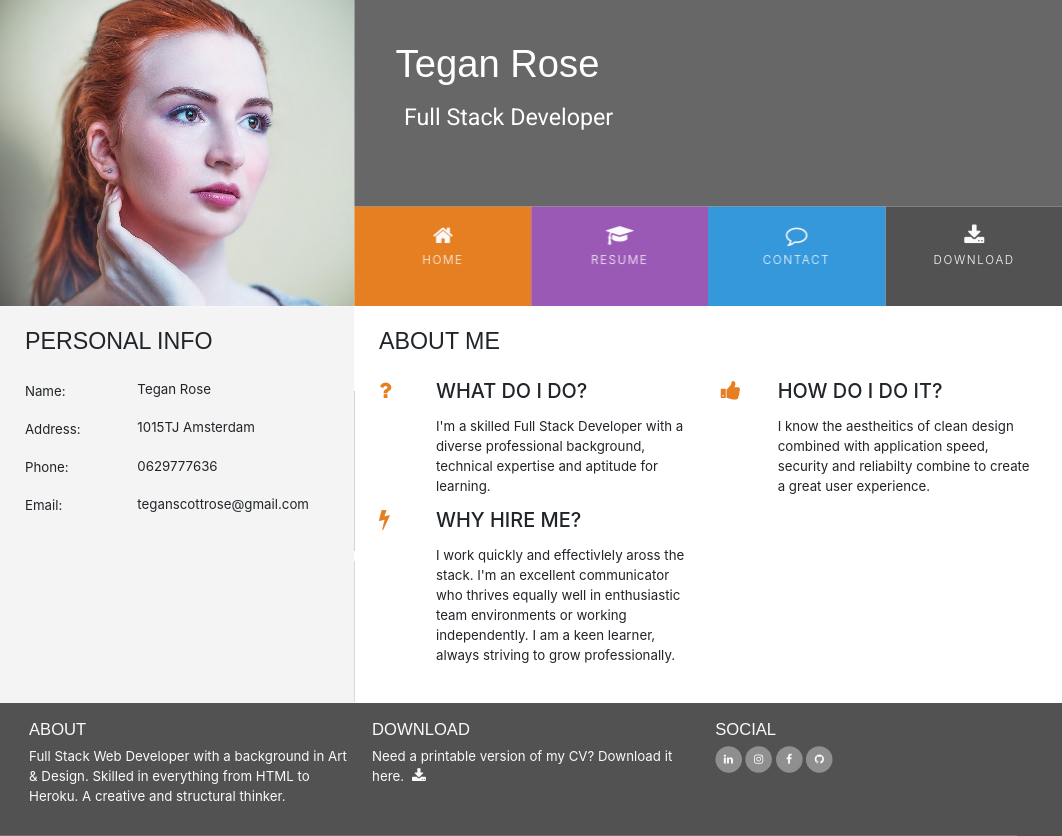
Repository: TSRose/Resume
Page: index.html
The author's editor kept a record of every edit. The page is drawn from the files as they stood at one moment, then again after the next edit.
The browser window is 1280 px wide. The pictures show the whole page, at 83% of full size.

Above is the page before.

### index.html
<!DOCTYPE html>
<html lang="en">

<head>
    <meta charset="UTF-8">
    <meta name="viewport" content="width=device-width, initial-scale=1.0">
    <meta http-equiv="X-UA-Compatible" content="ie=edge">
    <link rel="stylesheet" href="https://stackpath.bootstrapcdn.com/bootstrap/4.3.1/css/bootstrap.min.css" type="text/css" />
    <link rel="stylesheet" href="https://stackpath.bootstrapcdn.com/font-awesome/4.7.0/css/font-awesome.min.css" type="text/css" />
    <link rel="stylesheet" href="assets/css/style.css" type="text/css" />
    <link rel="stylesheet" href="https://cdnjs.cloudflare.com/ajax/libs/hover.css/2.3.1/css/hover-min.css" type="text/css" />
    <title>Tegan Rose</title>
</head>

<body>
    <header>
        <div class="row no-gutters">
            <a href="index.html" class="col-md-4 logo">

            </a>
            <div class="col-md-8">
                <div class="row no-gutters bg-color-name-title">
                    <div class="col">
                        <h1 class="name">Tegan Rose</h1>
                        <h2 class="title"> Full Stack Developer</h2>
                    </div>
                </div>
                <div class="row no-gutters">
                    <div class="col">
                        <ul id="nav" class="list-inline menucontainer">
                            <li class="col-6 col-sm-3 ui-menu-color-home list-inline-item menuitem">
                                <a href="index.html" class="hvr-sweep-to-bottom"><i class="fa fa-home" aria-hidden="true"></i><span>Home</span></a>
                            </li>
                            <li class="col-6 col-sm-3 ui-menu-color-resume list-inline-item menuitem">
                                <a href="resume.html" class="hvr-sweep-to-bottom"><i class="fa fa-graduation-cap" aria-hidden="true"></i><span>Resume</span></a>
                            </li>
                            <li class="col-6 col-sm-3 ui-menu-color-contact list-inline-item menuitem">
                                <a href="contact.html" class="hvr-sweep-to-bottom"><i class="fa fa-comment-o" aria-hidden="true"></i><span>Contact</span></a>
                            </li>
                            <li class="col-6 col-sm-3 ui-menu-color-download list-inline-item menuitem">
                                <a href="assets/cv/trose_resume.pdf" target="_blank" class="hvr-sweep-to-bottom"><i class="fa fa-download" aria-hidden="true"></i><span>Download</span></a>
                            </li>
                        </ul>
                    </div>
                </div>
            </div>
        </div>
    </header>
    <section class="container-fluid">
        <div class="row">
            <div class="col-md-4 bg-color-personal-info section-column">
                <div class="row">
                    <div class="col-12">
                        <h3 class="section-heading uppercase">
                            Personal Info
                        </h3>
                    </div>
                </div>
                <div class="personal-info-item">
                    <div class="key">
                        <p="uppercase">
                            Name:
                            </p>
                    </div>
                    <div class="value">
                        <p>
                            Tegan Rose
                        </p>
                    </div>
                </div>
                <div class="personal-info-item">
                    <div class="key">
                        <p="uppercase">
                            Address:
                            </p>
                    </div>
                    <div class="value">
                        <p>
                            1015TJ Amsterdam
                        </p>
                    </div>
                </div>
                <div class="personal-info-item">
                    <div class="key">
                        <p="uppercase">
                            Phone:
                            </p>
                    </div>
                    <div class="value">
                        <p>
                            0629777636
                        </p>
                    </div>
                </div>
                <div class="personal-info-item">
                    <div class="key">
                        <p="uppercase">
                            Email:
                            </p>
                    </div>
                    <div class="value">
                        <p>
                            teganscottrose@gmail.com
                        </p>
                    </div>
                </div>
            </div>
            <div class="col-md-8 bg-color-three-reasons section-column">
                <div class="row">
                    <div class="col">
                        <h3 class="section-heading uppercase">About Me</h3>
                    </div>
                </div>
                <div class="row">
                    <div class="col-10 offset-1 offset-sm-0 col-sm-4 col-md-6">
                        <div class="row">
                            <div class="col-2">
                                <i class="three-reasons-icon fa fa-question" aria-hidden="true"></i>
                            </div>
                            <div class="col-10">
                                <h4 class="three-reasons-heading uppercase">What do I do?</h4>
                                <p>I'm a skilled Full Stack Developer with a diverse professional background, technical expertise and aptitude for learning.</p>
                            </div>
                        </div>
                    </div>
                    <div class="col-10 offset-1 offset-sm-0 col-sm-4 col-md-6">
                        <div class="row">
                            <div class="col-2">
                                <i class="three-reasons-icon fa fa-thumbs-up" aria-hidden="true"></i>
                            </div>
                            <div class="col-10">
                                <h4 class="three-reasons-heading uppercase">How do I do it?</h4>
                                <p>I know the aestheitics of clean design combined with application speed, security and reliabilty combine to create a great
                                user experience.</p>
                            </div>
                        </div>
                    </div>
                    <div class="col-10 offset-1 offset-sm-0 col-sm-4 col-md-6">
                        <div class="row">
                            <div class="col-2">
                                <i class="three-reasons-icon fa fa-bolt" aria-hidden="true"></i>
                            </div>
                            <div class="col-10">
                                <h4 class="three-reasons-heading uppercase">Why hire me?</h4>
                                <p>I work quickly and effectivlely aross the stack. I'm an excellent communicator who thrives equally well in
                                enthusiastic team environments or working independently. I am a keen learner, always striving to grow professionally.
                                </p>
                            </div>
                        </div>
                    </div>
                </div>
            </div>
        </div>

    </section>
    <footer class="container-fluid">
        <div id="footer-details" class="row">
            <div class="col-sm-4">
                <h5 class="uppercase general-sub">About</h5>
                <p class="inline-block">
                    Full Stack Web Developer with a background in Art & Design. Skilled in everything from HTML to Heroku. A creative and structural thinker.
                </p>
            </div>
            <div class="col-sm-4">
                <h5 class="uppercase general-sub">Download</h5>
                <p class="inline-block">
                    Need a printable version of my CV? Download it here.
                    <a href="assets/cv/trose_resume.pdf" target="_blank" class="cv-pdf">
                        <i class="fa fa-download" aria-hidden="true"></i>
                        <span class="sr-only">Download link.</span>
                    </a>
                </p>
            </div>
            <div class="col-sm-4">
                <h5 class="uppercase general-sub">Social</h5>
                <ul class="list-inline social-links">
                    <li class="list-inline-item">
                        <a target="_blank" href="#">
                        <i class="fa fa-linkedin" aria-hidden="true"></i>
                        <span class="sr-only">LinkedIn</span>
                        </a>
                    </li>
                    <li class="list-inline-item">
                        <a target="_blank" href="#">
                        <i class="fa fa-instagram" aria-hidden="true"></i>
                        <span class="sr-only">Instagram</span>
                        </a>
                    </li>
                    <li class="list-inline-item">
                        <a target="_blank" href="#">
                        <i class="fa fa-facebook" aria-hidden="true"></i>
                        <span class="sr-only">Facebook</span>
                        </a>
                    </li>
                    <li class="list-inline-item">
                        <a target="_blank" href="#">
                        <i class="fa fa-github" aria-hidden="true"></i>
                        <span class="sr-only">GitHub</span>
                        </a>
                    </li>

                </ul>
            </div>
        </div>
    </footer>
</body>

</html>

### assets/css/style.css
@import url('https://fonts.googleapis.com/css?family=Roboto&display=swap:100,200,300,400,500,600,700 | Exo:100,200,300,400,500,600,700');

/*------------------------------------Colours */

.bg-color-name-title {
    background-color: #676767;
}

.bg-color-three-reasons {
    background-color: #fff;
}

.ui-menu-color-home {
    background-color: #e67e22;
}

.ui-menu-color-resume {
    background-color: #9b59b6;
}

.ui-menu-color-contact {
    background-color: #3498db;
}

.ui-menu-color-download {
    background-color: #525252;
}

.bg-color-personal-info {
    background-color: #f4f4f4
}

.bg-color-work-history {
    background-color: #9b59b6;
}

.bg-color-contact {
    background-color: #fff;
}

/*------------------------------------Special paddings/margins/text */

h1,
h2,
h3,
h4 {
    margin: 0;
}

.uppercase {
    text-transform: uppercase;
}

.general-sub {
    font-family: "Exo", sans-serif;
    font-weight: 300;
    color: #fafafa;
}

.inline-block {
    display: inline-block;
}

.row-table {
    display: table;
}

.section-column {
    display: table-cell;
    padding: 0 30px 30px;
    float: none;
}

.history-heading,
.section-heading {
    font-family: "Exo", sans-serif;
    font-weight: 300;
    margin-top: 25px;
    margin-bottom: 30px;
}

/*------------------------------------Headings */

header {
    margin: 0;
}

.heading {
    margin-left: 50px;
}

.logo {
    background: url("../images/logo.jpg");
    background-position: center;
    background-repeat: no-repeat;
    background-size: cover;
    min-height: 360px;
    transition: all .5s ease-in-out;
    -moz-transition: all .5s ease-in-out;
    -webkit-transition: all .5s ease-in-out;
}

.name {
    font-family: "Exo", sans-serif;
    font-weight: 100;
    font-size: 46px;
    margin-top: 50px;
    margin-left: 50px;
    color: #fff;
}

.title {
    font-family: "Roboto", sans-serif;
    font-weight: 200;
    font-size: 28px;
    margin-top: 20px;
    margin-bottom: 90px;
    margin-left: 60px;
    color: #fff;
}

.list-inline-item:not(:last-child) {
    margin: 0;
}

.menucontainer {
    font-size: 0;
}

#nav {
    margin: 0;
}

#nav li {
    font-size: 14px;
    padding: 0;
}

.menuitem {
    height: 120px;
    text-align: center;
    padding: 0;
}

.menuitem a {
    width: 100%;
    text-decoration: 0;
    color: #fff;
    height: 120px;
}

.menuitem a i {
    padding-top: 22px;
    display: block;
    color: #fafafa;
    font-size: 26px;
}

.menuitem span {
    display: block;
    width: 100%;
    padding-top: 5px;
    text-align: center;
    text-transform: uppercase;
    font-size: 14px;
    font-weight: 300;
    letter-spacing: 2px;
}

/*------------------------------------Hover.css */

.hvr-sweep-to-bottom:before {
    background-color: rgba(0, 0, 0, 0.2) !important;
    height: 120px;
}

/*------------------------------------Footer */

footer {
    background-color: #525252;
    color: #fafafa;
    min-height: 120px;
    margin: 0;
}

.cv-pdf i {
    font-size: 18px;
    color: #fafafa;
    text-align: center;
    padding-left: 5px;
    transition: all 0.35s ease-in-out;
    -moz-transition: all 0.35s ease-in-out;
    -webkit-transition: all 0.35s ease-in-out;
    -o-transition: all 0.35s ease-in-out;
}

.cv-pdf i:hover {
    color: #e84610;
}

.social-links {
    padding-bottom: 15px;
}

.social-links li a i {
    width: 32px;
    height: 32px;
    padding: 12px 0;
    border-radius: 50%;
    font-size: 13px;
    line-height: 7px;
    text-align: center;
    color: #fafafa;
    background: #8f8f8f;
    transition: all 0.35s ease-in-out;
    -moz-transition: all 0.35s ease-in-out;
    -webkit-transition: all 0.35s ease-in-out;
    -o-transition: all 0.35s ease-in-out;
}

.social-links li a i:hover {
    background: #e84610;
}

#footer-details {
    padding: 20px;
}


/*------------------------------------Three Reasons */

.three-reasons-icon {
    font-size: 26px;
    color: #e67e22;
}

.three-reasons-heading {
    margin-bottom: 15px;
}


/*------------------------------------Personal Info */

.personal-info-item {
    margin-bottom: 20px;
    display: block;
    clear: both;
}

.personal-info-item .key,
.personal-info-item .value {
    padding-right: 8px;
    display: inline-block;
}

.personal-info-item .key p,
.personal-info-item .value p {
    margin: 0;
}

.personal-info-item .key {
    width: 30%;
    margin-right: 21px;
    padding-top: 2px;
    vertical-align: top;
}

.personal-info-item .key p {
    font-weight: 700;
}

.personal-info-item .value {
    position: relative;
    width: 60%;
}

/*------------------------------------Skills */

.progress {
    position: relative;
    height: 25px;
    margin-bottom: 4px;
}

.progress-type {
    position: absolute;
    left: 0px;
    font-weight: 500;
    padding: 3px 30px 2px 10px;
    color: #fafafa;
}

.progress-section {
    margin: 40px 20px;
}

/*------------------------------------Work History */

.history-heading {
    color: #fafafa;
    margin-bottom: 15px;
}

.timeline-item {
    padding: 2em 2em 1em 2em;
    position: relative;
    color: #fafafa;
    border-left: 1px solid;
}

.timeline-item p {
    padding: 0;
    margin: 0;
}

.timeline-item:before {
    content: attr(data-dates);
    position: absolute;
    left: 2.5em;
    top: 1em;
    display: block;
    font-family: "Exo", sans-serif;
    font-weight: 500;
    font-size: 0.8em;
    padding: 0;
    margin: 0;
}

.timeline-item:after {
    width: 12px;
    height: 12px;
    display: block;
    top: 1em;
    position: absolute;
    left: -6px;
    border-radius: 12px;
    content: '';
    background: #fafafa;
}

.history-items {
    margin-top: .5em;
    margin-bottom: 30px;
}

/*------------------------------------Contact Form */

.contact-heading {
    font-family: "Exo", sans-serif;
    font-weight: 300;
    margin-top: 25px;
    margin-bottom: 20px;
}

.center-form {
    padding-top: 10px;
    margin: 0 auto;
    max-width: 70%;
}

button[type="submit"] {
    margin-top: 15px;
    margin-bottom: 20px;
    color: #fafafa;
    background-color: #3498db;
}

/*------------------------------------media Queries */

@media(min-width: 992px) {
    .center-form {
        padding-top: 30px;
        min-height: 240px;
        margin: 0 auto;
        max-width: 50%;
    }
}

div#map {min-height: 360px;}

After the next edit:
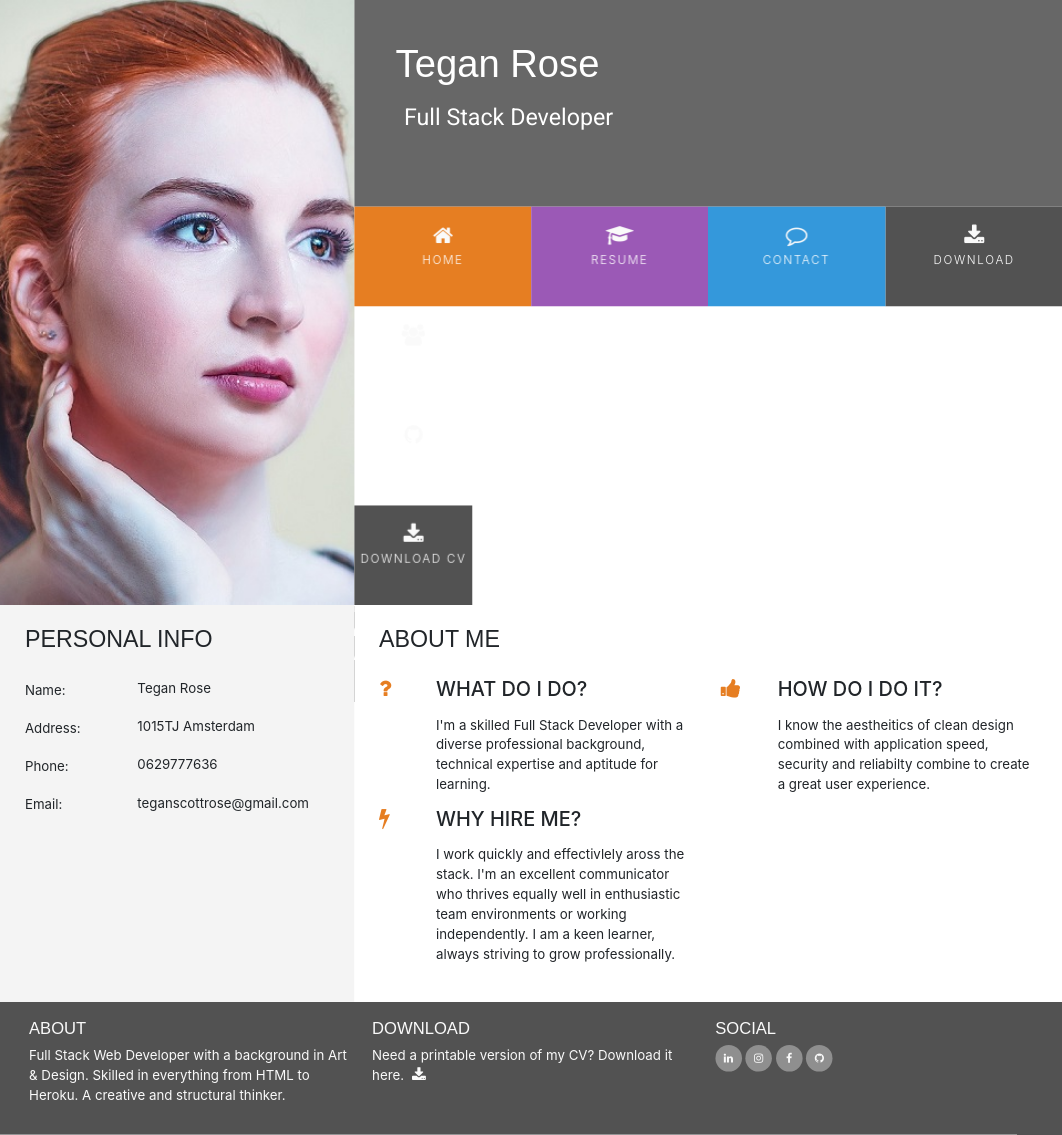
The edit:
--- a/index.html
+++ b/index.html
@@ -40,6 +40,15 @@
                             <li class="col-6 col-sm-3 ui-menu-color-download list-inline-item menuitem">
                                 <a href="assets/cv/trose_resume.pdf" target="_blank" class="hvr-sweep-to-bottom"><i class="fa fa-download" aria-hidden="true"></i><span>Download</span></a>
                             </li>
+                            <li class="col-xs-6 col-sm-2 ui-menu-color-interests menuitem">
+                                <a href="interests.html" class="hvr-sweep-to-bottom"><i class="fa fa-users" aria-hidden="true"></i><span>Interests</span></a>
+                            </li>
+                            <li class="col-xs-6 col-sm-2 ui-menu-color-github menuitem">
+                                <a href="github.html" class="hvr-sweep-to-bottom"><i class="fa fa-github" aria-hidden="true"></i><span>GitHub</span></a>
+                            </li>
+                            <li class="col-xs-6 col-sm-2 ui-menu-color-download menuitem">
+                                <a href="assets/cv/sample-cv.pdf" target="_blank" class="hvr-sweep-to-bottom"><i class="fa fa-download" aria-hidden="true"></i><span>Download CV</span></a>
+                            </li>
                         </ul>
                     </div>
                 </div>
@@ -130,8 +139,7 @@
                             </div>
                             <div class="col-10">
                                 <h4 class="three-reasons-heading uppercase">How do I do it?</h4>
-                                <p>I know the aestheitics of clean design combined with application speed, security and reliabilty combine to create a great
-                                user experience.</p>
+                                <p>I know the aestheitics of clean design combined with application speed, security and reliabilty combine to create a great user experience.</p>
                             </div>
                         </div>
                     </div>
@@ -142,8 +150,7 @@
                             </div>
                             <div class="col-10">
                                 <h4 class="three-reasons-heading uppercase">Why hire me?</h4>
-                                <p>I work quickly and effectivlely aross the stack. I'm an excellent communicator who thrives equally well in
-                                enthusiastic team environments or working independently. I am a keen learner, always striving to grow professionally.
+                                <p>I work quickly and effectivlely aross the stack. I'm an excellent communicator who thrives equally well in enthusiastic team environments or working independently. I am a keen learner, always striving to grow professionally.
                                 </p>
                             </div>
                         </div>
